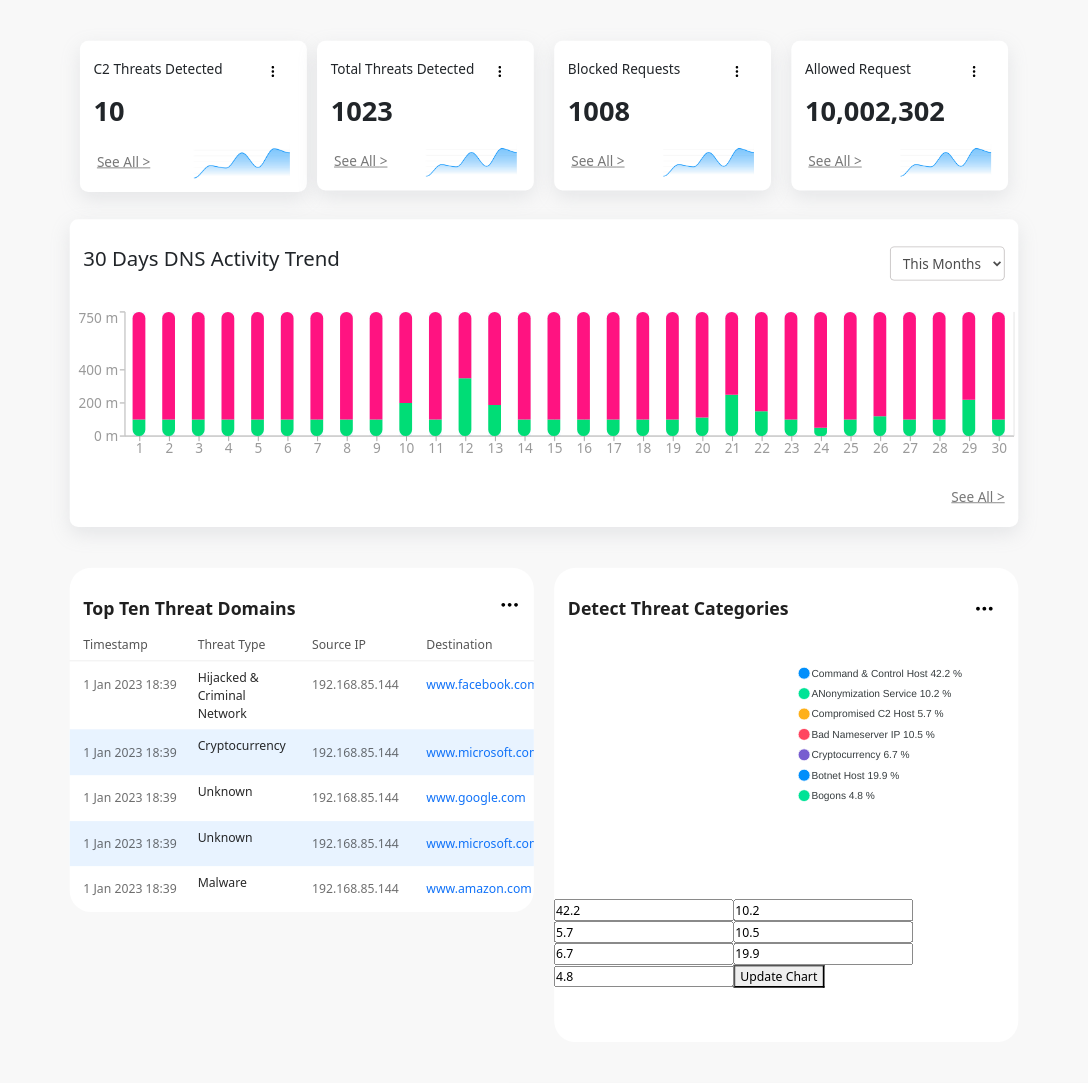
Repository: badhon252/dashboard
Page: /
An editor plug-in stored every save of this project. The page is shown before and after the next save, followed by the edit.
The browser window is 1280 px wide. The pictures show the whole page, at 85% of full size.
The project was rebuilt for these pictures with package versions that can differ from the ones it lists, and the page was loaded fresh each time. Also part of the build but not shown: vite.config.js.

Above is the page before, as saved 2023-01-28 02:52:59.

### index.html
<!DOCTYPE html>
<html lang="en">

<head>
    <meta charset="UTF-8" />
    <link rel="icon" type="image/svg+xml" href="/vite.svg" />
    <meta name="viewport" content="width=device-width, initial-scale=1.0" />
    <!-- bootsrap cdn  -->
    <link rel="stylesheet" href="https://cdn.jsdelivr.net/npm/bootstrap@5.2.3/dist/css/bootstrap.min.css">
    <title>DashBoard</title>
</head>

<body>
    <div id="root"></div>

    <script type="module" src="/src/index.jsx"></script>
    <!-- bootsrap cdn  -->
    <script type="module" src="https://cdn.jsdelivr.net/npm/bootstrap@5.2.3/dist/js/bootstrap.bundle.min.js"></script>
</body>

</html>

### src/App.jsx
import "./App.css";
import Activity from "./Components/Activity/Activity";
import Analysis from "./Components/Analysis/Analysis";
import Status from "./Components/Status/Status";

function App() {
  return (
    <div className="container">
      <Status />
      <Activity />
      <Analysis />
    </div>
  );
}

export default App;

### src/App.css
*,
::after,
::before {
    box-sizing: border-box;
}

body {
    background-color: #f8f8f8;
}

.link {
    color: rgba(0, 0, 0, 0.534);
    text-decoration: underline;
    font-size: 1em;
    padding: 0;
}

.link,
img {
    cursor: pointer;
}

### src/Components/Activity/Activity.jsx
import "./Activity.css";
import ActivityGraph from "./ActivityGraph";
import ActivityHeader from "./ActivityHeader";

export default function Activity() {
  const customTooltip = ({ active, payload, label }) => {
    if (active && payload && payload.length) {
      return (
        <div className="custom-tooltip">
          <p className="date-label">{label + " Jan 2023"}</p>

          <div className="d-flex">
            <div className="tooltip-allowed ">
              <p className="label">
                <span>00</span> Allowed
              </p>
              <p className="label">
                <span>00</span>
                {`${payload[0].value}`}
              </p>
            </div>

            <div className="tooltip-blocked">
              <p className="label">
                <span>00</span> Blocked
              </p>
              <p className="label">
                <span>00</span>
                {`${payload[1].value}`}
              </p>
            </div>
          </div>
        </div>
      );
    }
  };

  return (
    <div className="activity">
      <ActivityHeader />
      <div className="activity_graph">
        {/* barhcart Code goes here  */}
        <ActivityGraph CustomTooltip={customTooltip} />
        <div className="link py-4 px-3">See All {">"} </div>
      </div>
    </div>
  );
}

### src/Components/Analysis/Analysis.jsx
import "./Analysis.css";
import DomainInfo from "./DomainInfo";
import dotIcon from "../../assets/dot.svg";
import GraphAnalysis from "./Graph/GraphAnalysis";

export default function Analysis() {
  return (
    <div className="row my-5" id="analysis">
      <div className="col-md-6">
        <DomainInfo icon={dotIcon} />
      </div>
      <div className="col-md-6">
        <GraphAnalysis icon={dotIcon} />
      </div>
    </div>
  );
}

### src/Components/Status/Status.jsx
import React from "react";
import "./Status.css";
import StatusCard from "./StatusCard";
import dotIcon from "../../assets/dot.svg";

export default function Status() {
  return (
    <div id="status" className="container">
      <div className="row">
        <div className="col-md-3 pe-0">
          <StatusCard
            title="C2 Threats Detected"
            icon={dotIcon}
            amount="10"
            link={null}
          />
        </div>
        <div className="col-md-3">
          <StatusCard
            title="Total Threats Detected"
            icon={dotIcon}
            amount="1023"
            link={null}
          />
        </div>
        <div className="col-md-3">
          <StatusCard
            title="Blocked Requests"
            icon={dotIcon}
            amount="1008"
            link={null}
          />
        </div>
        <div className="col-md-3">
          <StatusCard
            title="Allowed Request"
            icon={dotIcon}
            amount="10,002,302"
            link={null}
          />
        </div>
      </div>
    </div>
  );
}

### src/Components/Activity/Activity.css
.activity {
    background-color: #ffffff;
    margin: 1rem 0;
    border-radius: 10px;
    box-shadow: rgba(149, 157, 165, 0.2) 0px 8px 24px;
}

.activity_header {
    justify-content: space-between;
    padding: 2rem 1rem;
    border-radius: 5px;
}

.activity_graph .link {
    text-align: right;
}

#months {
    background-color: #fff;
    border: 1px solid rgba(120, 111, 111, 0.434);
    outline: none;
    border-radius: 5px;
    padding: 7px 10px;
    font-size: 1rem;
    color: #000000b3;
    cursor: pointer;
}

.custom-tooltip {
    background-color: #fff;
    padding: 0.7rem;
    border: none;
    border-radius: 15px;
    box-shadow: 0 0 5px 0 rgba(0, 0, 0, 0.2);
}

.activity .date-label {
    font-size: 1rem;
    font-weight: 600;
    color: #000000b3;
    border-bottom: 1px solid #e4e4e4;
}

.activity .label {
    font-size: 0.8rem;
    font-weight: 400;
    color: #000000b3;
    padding: 0 5px;
}

.tooltip-allowed {
    padding-right: 1rem;
    border-right: 1px solid #e4e4e4;
}

.tooltip-allowed .label:last-child {
    color: rgb(0, 164, 60);
    border-radius: 15px;
    background-color: rgba(113, 251, 0, 0.228);
}

.tooltip-allowed .label span {
    width: 5px;
    height: 5px;
    border-radius: 50%;
    background-color: rgb(0, 251, 109);
    color: rgb(0, 251, 92);
    margin-right: 5px;
    font-size: 5px;
}

.tooltip-blocked {
    padding-left: 1rem;
}

.tooltip-blocked .label span {
    width: 5px;
    height: 5px;
    border-radius: 50%;
    background-color: rgb(251, 0, 71);
    color: rgb(251, 0, 71);
    font-size: 5px;
    margin-right: 5px;
}

.tooltip-blocked .label:last-child {
    color: #000000b3;
    border-radius: 115px;
    color: rgb(251, 0, 71);
    background-color: rgba(251, 0, 71, 0.133);
}

### src/Components/Activity/ActivityGraph.jsx
import {
  ResponsiveContainer,
  XAxis,
  YAxis,
  BarChart,
  Bar,
  Tooltip,
  CartesianGrid,
} from "recharts";
import Data from "../data";
import "./Activity.css";

const ActivityGraph = ({ CustomTooltip }) => {
  return (
    //? Creating Bars
    <ResponsiveContainer width="100%" aspect="6">
      <BarChart data={Data()} outerRadius={10}>
        <XAxis dataKey="id" stroke="#9a9a9a" interval={"preserveStartEnd"} />
        <YAxis
          dataKey="height"
          stroke="#9a9a9a"
          interval={"preserveStartEnd"}
          domain={[0, 750]}
          tickFormatter={(value) => `${value} m`}
        />
        <CartesianGrid stroke="#e0dfdf" vertical={true} horizontal={false} />

        <Bar
          barSize={15}
          dataKey="allowed"
          strokeWidth={1}
          stackId="a"
          fill="rgb(0, 221, 118)"
          radius={[0, 0, 15, 15]}
          background={{ fill: "#5590ff13" }}
        />

        <Bar
          barSize={15}
          dataKey="blocked"
          strokeWidth={1}
          stackId="a"
          fill="rgb(255, 19, 129)"
          radius={[10, 10, 0, 0]}
        ></Bar>

        <Tooltip
          content={<CustomTooltip />}
          cursor={{ fill: "blue", opacity: 0.2 }}
        />
      </BarChart>
    </ResponsiveContainer>
  );
};

export default ActivityGraph;

### src/Components/Activity/ActivityHeader.jsx
const ActivityHeader = () => {
  return (
    <div className="activity_header d-flex">
      <h4>30 Days DNS Activity Trend</h4>
      <div className="activity_header_right">
        <form action="">
          <select id="months" name="months">
            <option value="January">This Months</option>
            <option value="Februery">Februery</option>
            <option value="March">March</option>
            <option value="April">April</option>
            <option value="May">May</option>
            <option value="June">June</option>
            <option value="July">July</option>
            <option value="August">August</option>
            <option value="September">September</option>
            <option value="October">October</option>
            <option value="November">November</option>
            <option value="December">December</option>
          </select>
        </form>
      </div>
    </div>
  );
};

export default ActivityHeader;

### src/Components/Analysis/Analysis.css
#analysis {
    overflow: hidden;
}

.footer {
    text-align: center;
}

#analysis .row .col-md-6 {
    padding: 0;
    margin: 1rem;
    box-shadow: rgba(0, 0, 0, 0.15) 0px 5px 15px 0px;
}

.title {
    font-size: 1.3rem;
    font-weight: 600;
    color: rgba(0, 0, 0, 0.874);
}

#analysis .domainInfo,
.analysisGraph {
    color: rgba(0, 0, 0, 0.568);
    font-size: 0.9rem;
    background-color: #ffffff;
    border-radius: 25px;
}

.domainHeader {
    border-bottom: 1px solid rgba(128, 128, 128, 0.185);
    padding: 0 1rem;
    color: rgba(0, 0, 0, 0.67);
}

.threatDomain:nth-child(odd) {
    background-color: #e8f3ff;
}

.threatDomain {
    padding: 0 1rem;
}

.threatType {
    font-size: 0.9rem;
    color: rgba(0, 0, 0, 0.843);
}

.destination {
    color: #1072f8;
}


/* Graph  */

.apexcharts-legend-series:hover {
    background-color: rgba(0, 0, 0, 0.087);
    border-radius: 5px;
    box-sizing: border-box;
}

.domainInfo {
    background-color: #fff;
    border-radius: 15px;
    box-sizing: border-box;
    overflow: hidden;
}

.img {
    box-sizing: border-box;
    transform: rotate(90deg);
    padding: 0.5rem;
}


/* Graph  */

.graph {
    background-color: #fff;
    border-radius: 25px;
    box-sizing: border-box;
    padding: 0 1rem;
    overflow: hidden;
    height: 100%;
}

.threatGraph input {
    padding: 0;
    margin: 0;
}

.apexcharts-legend.apx-legend-position-bottom.apexcharts-align-left,
.apexcharts-legend.apx-legend-position-top.apexcharts-align-left,
.apexcharts-legend.apx-legend-position-right,
.apexcharts-legend.apx-legend-position-left {
    font-size: 1.4rem;
    font-weight: 600;
}

### src/Components/Analysis/DomainInfo.jsx
import DomainThreat from "./DomainThreat";
import "./Analysis.css";

const DomainInfo = ({ icon }) => {
  return (
    <div className="domainInfo">
      <div className="title my-3"></div>
      <div className="analysis-heading d-flex justify-content-between mx-3">
        <div className="title py-3">Top Ten Threat Domains</div>
        <div className="img">
          <img className="img-fluid w-75" src={icon} alt=":" />
        </div>
      </div>
      {/*Threat Domains Header*/}
      <div className="row domainHeader pb-2">
        <div className="col-md-3">
          <div className="timestamp">Timestamp</div>
        </div>
        <div className="col-md-3">
          <div className="">Threat Type</div>
        </div>
        <div className="col-md-3">
          <div className="sourseIp">Source IP</div>
        </div>
        <div className="col-md-3">
          <div className="">Destination</div>
        </div>
      </div>
      {/*Threat Domains*/}
      <DomainThreat
        timestamp="1 Jan 2023 18:39"
        sourseIp="192.168.85.144"
        threatType="Hijacked & Criminal Network"
        destination="www.facebook.com"
      />
      <DomainThreat
        timestamp="1 Jan 2023 18:39"
        threatType="Cryptocurrency"
        sourseIp="192.168.85.144"
        destination="www.microsoft.com"
      />
      <DomainThreat
        timestamp="1 Jan 2023 18:39"
        sourseIp="192.168.85.144"
        destination="www.google.com"
      />
      <DomainThreat
        timestamp="1 Jan 2023 18:39"
        sourseIp="192.168.85.144"
        destination="www.microsoft.com"
      />
      <DomainThreat
        timestamp="1 Jan 2023 18:39"
        threatType="Malware"
        sourseIp="192.168.85.144"
        destination="www.amazon.com"
      />
    </div>
  );
};

export default DomainInfo;

### src/Components/Analysis/Graph/GraphAnalysis.jsx
import "../Analysis.css";
import Graph from "./Graph";
import { useState } from "react";
// import ApexCharts from "react-apexcharts";

const AnalysisGraph = ({ icon }) => {
  return (
    <div className="analysisGraph py-3">
      <div className="analysis-heading d-flex justify-content-between p-3">
        <div className="title ">Detect Threat Categories</div>
        <div className="img">
          <img className="img-fluid w-75" src={icon} alt=":" />
        </div>
      </div>
      <div className="threatGraph">
        {/* importing Graph  */}
        <Graph />

        {/* input-container */}
        {/* <div className="input-container">
          {inputValues.map((value, index) => (
            <div key={index}>
              <label className="mx-2">Value {index + 1}:</label>
              <input
                type="number"
                value={value}
                onChange={(e) => handleChange(e, index)}
              />
            </div>
          ))}
          <button className="btn btn-outline-dark my-2" onClick={handleClick}>
            Update Values
          </button>
        </div> */}
      </div>
    </div>
  );
};

export default AnalysisGraph;

### src/Components/Status/Status.css
/* Card css  */

#status .col-md-3 {
    box-sizing: border-box;
}

.myCard {
    transition: all 0.3s ease-in-out;
    box-shadow: rgba(149, 157, 165, 0.2) 0px 8px 24px;
    border-radius: 10px;
    background-color: #fff;
}

.myCard_title {
    font-size: 1rem;
    font-weight: 500;
    margin: 0.5rem 0;
}

.myCard_value {
    font-size: 2em;
    font-weight: 600;
}

.myCard_data {
    display: flex;
    justify-content: space-between;
    align-items: center;
    padding: 0 1rem;
}

.myCard .col-md-3,
.myCard .col-sm-6 {
    padding: 0;
}

### src/Components/Status/StatusCard.jsx
import "./Status.css";
import areaChart from "../../assets/areaChat.png";

export default function StatusCard({ title, icon, amount, link }) {
  return (
    <div className="myCard mt-5 mb-3 p-3">
      <div className="myCard_Head d-flex justify-content-between">
        <h3 className="myCard_title">{title}</h3>
        <h3 className="myCard_icon">
          <img className="img-fluid w-50" src={icon} alt=":" />
        </h3>
      </div>

      <div className="myCard_value">{amount}</div>

      <div className="myCard_data row pt-3">
        <div className="link col-sm-6">
          <a href={link}>See All {">"} </a>
        </div>
        <div className="myCard_Graph col-sm-6">
          <img className="img-fluid" src={areaChart} alt="" />
        </div>
      </div>
    </div>
  );
}

### src/Components/data.js
export default function Data() {
  return [
    { id: 1, date: "1 Jan 2023", height: 700, allowed: 100, blocked: 20000 },
    { id: 2, date: "2 Jan 2023", height: 700, allowed: 100, blocked: 20000 },
    { id: 3, date: "3 Jan 2023", height: 700, allowed: 100, blocked: 20000 },
    { id: 4, date: "4 Jan 2023", height: 450, allowed: 100, blocked: 20000 },
    { id: 5, date: "5 Jan 2023", height: 700, allowed: 100, blocked: 20000 },
    { id: 6, date: "6 Jan 2023", height: 500, allowed: 100, blocked: 20000 },
    { id: 7, date: "7 Jan 2023", height: 700, allowed: 100, blocked: 20000 },
    { id: 8, date: "8 Jan 2023", height: 700, allowed: 100, blocked: 20000 },
    { id: 9, date: "9 Jan 2023", height: 700, allowed: 100, blocked: 20000 },
    { id: 10, date: "10 Jan 2023", height: 500, allowed: 200, blocked: 20000 },
    { id: 11, date: "11 Jan 2023", height: 550, allowed: 100, blocked: 20000 },
    {
      id: 12,
      date: "12 Jan 2023",
      height: 700,
      value: 15000,
      allowed: 350,
      blocked: 20000,
    },
    {
      id: 13,
      date: "13 Jan 2023",
      height: 700,
      value: 15000,
      allowed: 188,
      blocked: 200200,
    },
    {
      id: 14,
      date: "14 Jan 2023",
      height: 700,
      value: 15000,
      allowed: 100,
      blocked: 20000,
    },
    {
      id: 15,
      date: "15 Jan 2023",
      height: 700,
      value: 15000,
      allowed: 100,
      blocked: 20000,
    },
    {
      id: 16,
      date: "16 Jan 2023",
      height: 700,
      value: 15000,
      allowed: 100,
      blocked: 20000,
    },
    {
      id: 17,
      date: "17 Jan 2023",
      height: 700,
      value: 15000,
      allowed: 100,
      blocked: 20000,
    },
    { id: 18, date: "18 Jan 2023", height: 700, allowed: 100, blocked: 20000 },
    { id: 19, date: "19 Jan 2023", height: 600, allowed: 100, blocked: 20000 },
    {
      id: 20,
      date: "20 Jan 2023",
      height: 700,

      allowed: 112,
      blocked: 20024000,
    },
    {
      id: 21,
      date: "21 Jan 2023",
      height: 600,
      value: 15000,
      allowed: 250,
      blocked: 20000,
    },
    {
      id: 22,
      date: "22 Jan 2023",
      height: 650,
      value: 15000,
      allowed: 150,
      blocked: 20000,
    },
    {
      id: 23,
      date: "23 Jan 2023",
      height: 700,
      value: 15000,
      allowed: 100,
      blocked: 20000,
    },
    {
      id: 24,
      date: "24 Jan 2023",
      height: 700,
      value: 15000,
      allowed: 50,
      blocked: 5000,
    },
    {
      id: 25,
      date: "25 Jan 2023",
      height: 700,
      value: 15000,
      allowed: 100,
      blocked: 20000,
    },
    {
      id: 26,
      date: "26 Jan 2023",
      height: 700,
      value: 15000,
      allowed: 120,
      blocked: 20000,
    },
    {
      id: 27,
      date: "27 Jan 2023",
      height: 700,
      value: 1500,
      allowed: 100,
      blocked: 20000,
    },
    {
      id: 28,
      date: "28 Jan 2023",
      height: 700,
      value: 1500,
      allowed: 100,
      blocked: 2000,
    },
    {
      id: 29,
      date: "29 Jan 2023",
      height: 600,
      value: 1500,
      allowed: 220,
      blocked: 20000,
    },
    {
      id: 30,
      date: "30 Jan 2023",
      height: 700,
      value: 150,
      allowed: 100,
      blocked: 10200,
    },
  ];
}

### src/Components/Analysis/DomainThreat.jsx
import "./Analysis.css";
const DomainThreat = ({ timestamp, threatType, sourseIp, destination }) => {
  return (
    <div className="row threatDomain">
      <div className="col-md-3 my-3">
        <div className="timestamp">{timestamp || "Unknown"}</div>
      </div>
      <div className="col-md-3 my-2">
        <div className="threatType">{threatType || "Unknown"}</div>
      </div>
      <div className="col-md-3 my-3">
        <div className="sourseIp">{sourseIp || "Unknown"}</div>
      </div>
      <div className="col-md-3 my-3">
        <div className="destination">{destination || "Unknown"}</div>
      </div>
    </div>
  );
};

export default DomainThreat;

### src/Components/Analysis/Graph/Graph.jsx
import React, { useState } from "react";
import ApexCharts from "react-apexcharts";

function Graph() {
  const [inputValue1, setInputValue1] = useState(42.2);
  const [inputValue2, setInputValue2] = useState(10.2);
  const [inputValue3, setInputValue3] = useState(5.7);
  const [inputValue4, setInputValue4] = useState(10.5);
  const [inputValue5, setInputValue5] = useState(6.7);
  const [inputValue6, setInputValue6] = useState(19.9);
  const [inputValue7, setInputValue7] = useState(4.8);

  const [chartOptions, setChartOptions] = useState({
    series: [
      { name: "Command & Control Host", data: inputValue1 },
      { name: "ANonymization Service", data: inputValue2 },
      { name: "Compromised C2 Host", data: inputValue3 },
      { name: "Bad Nameserver IP", data: inputValue4 },
      { name: "Cryptocurrency", data: inputValue5 },
      { name: "Botnet Host", data: inputValue6 },
      { name: "Bogons", data: inputValue7 },
    ],
    chart: {
      type: "donut",
    },
    responsive: [
      {
        breakpoint: 480,
        options: {
          chart: {
            width: 200,
          },
          legend: {
            position: "right",
          },
        },
      },
    ],
    labels: [
      `Command & Control Host ${inputValue1} %`,
      `ANonymization Service ${inputValue2} %`,
      `Compromised C2 Host ${inputValue3} %`,
      `Bad Nameserver IP ${inputValue4} %`,
      `Cryptocurrency ${inputValue5} %`,
      `Botnet Host ${inputValue6} %`,
      `Bogons ${inputValue7} %`,
    ],
  });

  const handleChange1 = (e) => {
    setInputValue1(parseInt(e.target.value || 0));
  };

  const handleChange2 = (e) => {
    setInputValue2(parseInt(e.target.value || 0));
  };
  const handleChange3 = (e) => {
    setInputValue3(parseInt(e.target.value || 0));
  };
  const handleChange4 = (e) => {
    setInputValue4(parseInt(e.target.value || 0));
  };
  const handleChange5 = (e) => {
    setInputValue5(parseInt(e.target.value || 0));
  };
  const handleChange6 = (e) => {
    setInputValue6(parseInt(e.target.value || 0));
  };
  const handleChange7 = (e) => {
    setInputValue7(parseInt(e.target.value || 0));
  };

  const handleClick = () => {
    setChartOptions({
      ...chartOptions,
      series: [
        inputValue1,
        inputValue2,
        inputValue3,
        inputValue4,
        inputValue5,
        inputValue6,
        inputValue7,
      ],
    });
  };

  return (
    <div>
      <div className="chart-container">
        <ApexCharts
          options={chartOptions}
          series={chartOptions.series}
          type="donut"
          width="500"
        />
      </div>
      <div className="input-container my-5">
        <input
          value={inputValue1}
          onChange={handleChange1}
          placeholder="Command & Control Host"
        />
        <input
          value={inputValue2}
          onChange={handleChange2}
          placeholder="ANonymization Service"
        />
        <input
          value={inputValue3}
          onChange={handleChange3}
          placeholder="Compromised C2 Host"
        />
        <input
          value={inputValue4}
          onChange={handleChange4}
          placeholder="Bad Nameserver IP"
        />
        <input
          value={inputValue5}
          onChange={handleChange5}
          placeholder="Cryptocurrency"
        />
        <input
          value={inputValue6}
          onChange={handleChange6}
          placeholder="Botnet Host"
        />
        <input
          value={inputValue7}
          onChange={handleChange7}
          placeholder="Bogons"
        />
        <button onClick={handleClick}>Update Chart</button>
      </div>
    </div>
  );
}
export default Graph;

Loaded but not shown: src/index.jsx (common file)

After the next save:
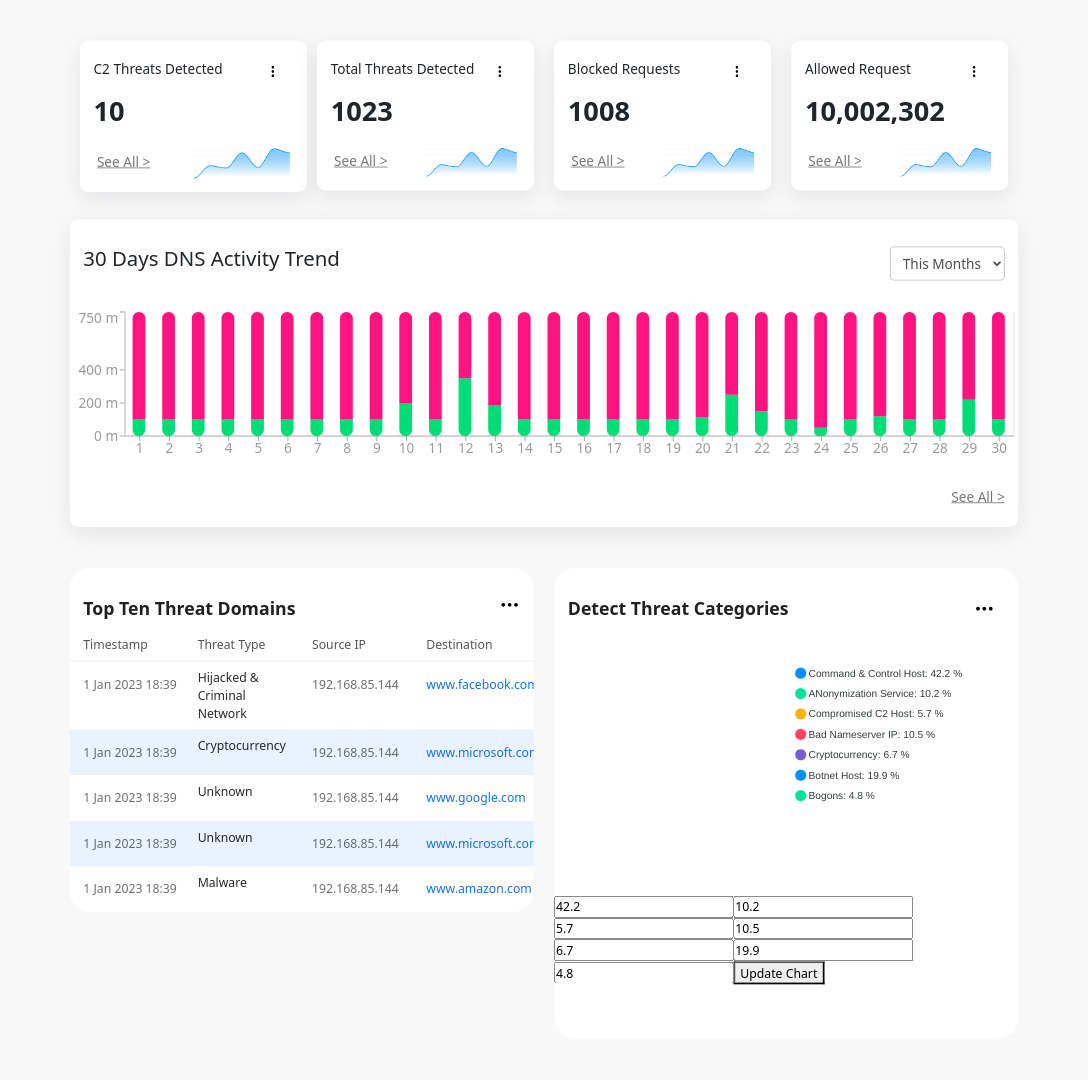
Saved 3 min 51 s later.
--- a/src/Components/Analysis/Graph/Graph.jsx
+++ b/src/Components/Analysis/Graph/Graph.jsx
@@ -37,13 +37,13 @@ function Graph() {
       },
     ],
     labels: [
-      `Command & Control Host ${inputValue1} %`,
-      `ANonymization Service ${inputValue2} %`,
-      `Compromised C2 Host ${inputValue3} %`,
-      `Bad Nameserver IP ${inputValue4} %`,
-      `Cryptocurrency ${inputValue5} %`,
-      `Botnet Host ${inputValue6} %`,
-      `Bogons ${inputValue7} %`,
+      `Command & Control Host:  ${inputValue1} %`,
+      `ANonymization Service:   ${inputValue2} %`,
+      `Compromised C2 Host:     ${inputValue3} %`,
+      `Bad Nameserver IP:       ${inputValue4} %`,
+      `Cryptocurrency:           ${inputValue5} %`,
+      `Botnet Host:              ${inputValue6} %`,
+      `Bogons:                  ${inputValue7} %`,
     ],
   });
 
